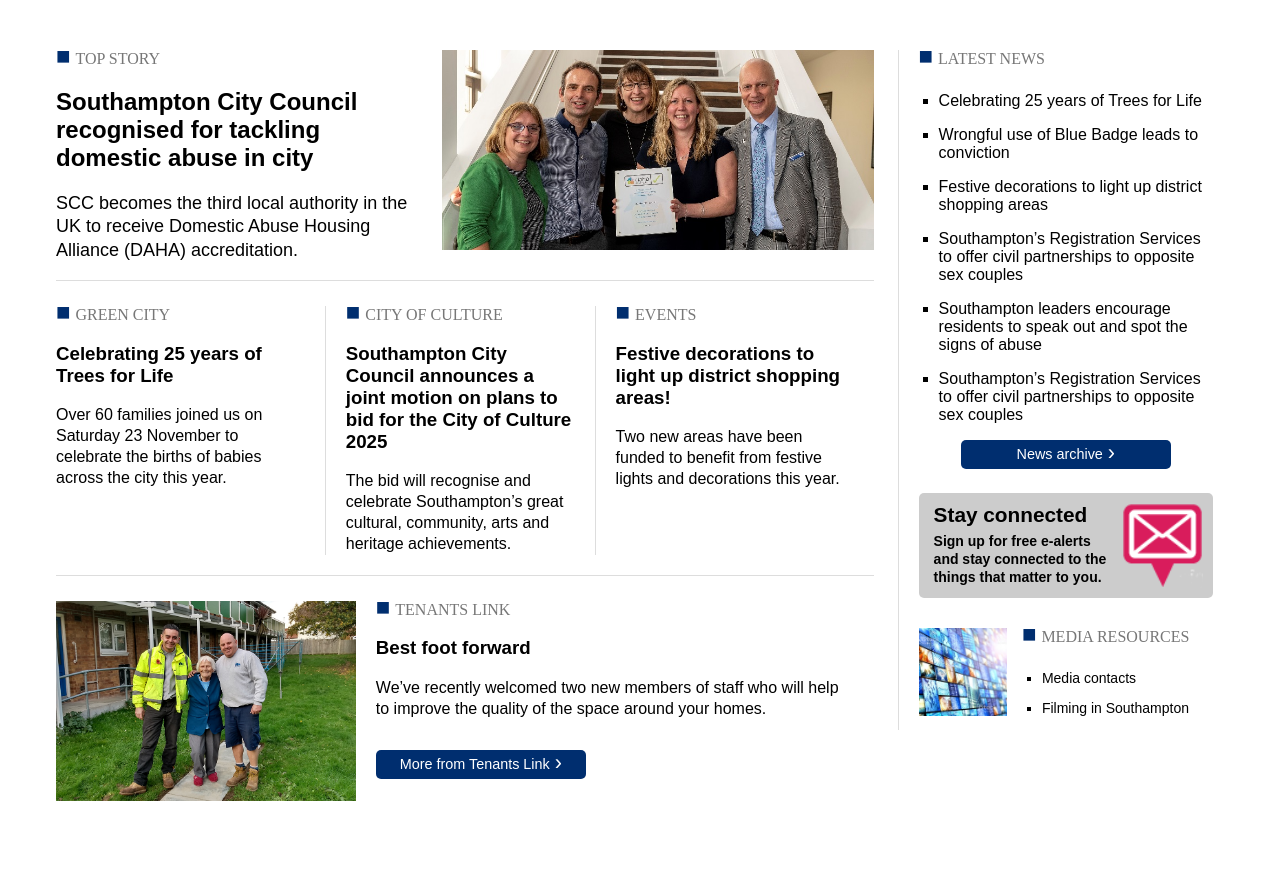
Repository: Domehead123/newspage
Page: index.html
The author's editor kept a record of every edit. The page is drawn from the files as they stood at one moment, then again after the next edit.
The browser window is 1280 px wide. The pictures show the whole page.
Some web libraries are served in a nearby version.

Above is the page before.

After the next edit:
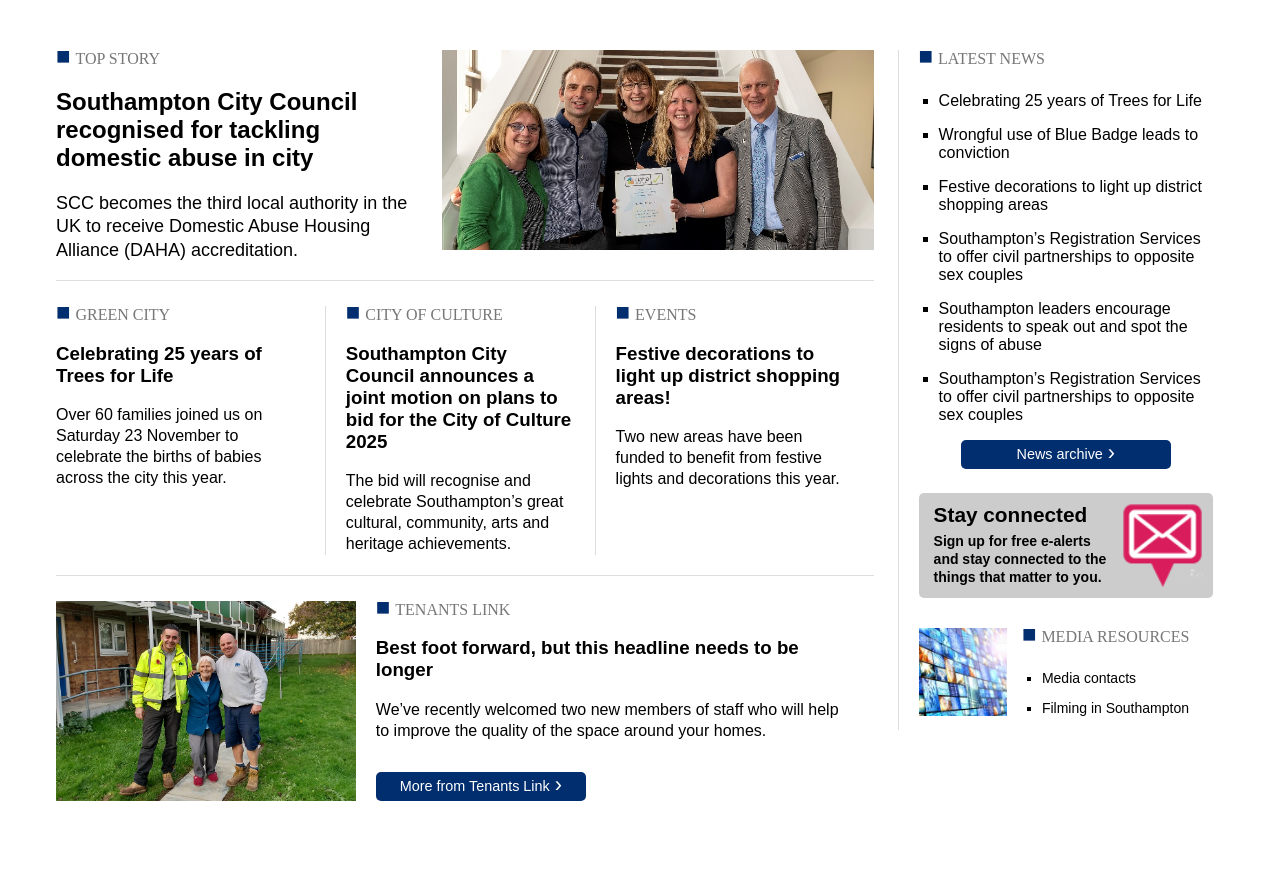
The edit:
--- a/index.html
+++ b/index.html
@@ -87,7 +87,7 @@
 
                         <div class="subject-header ">TENANTS LINK</div>
 
-                        <h3><a href="#">Best foot forward</a></h3>
+                        <h3><a href="#">Best foot forward, but this headline needs to be longer</a></h3>
                         <p><a href="#"><img class="bottom-small-pic" src="images/tenants.jpg">We’ve recently welcomed two new members of staff who will help to improve the quality of the space around your homes. </a></p>
 
                     </div>
